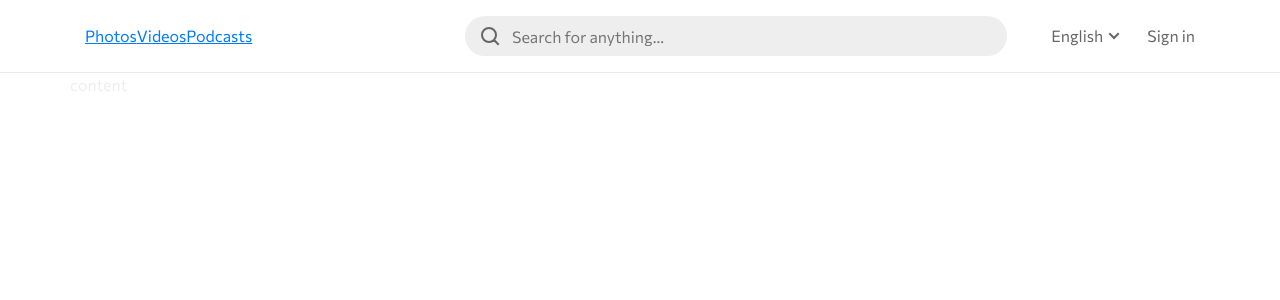
Repository: densavi/djinni
Page: index.html
The author's editor kept a copy of each file at every save. The page is drawn from the files as they stood at one save, then again after the next save.
The browser window is 1280 px wide. The pictures show the whole page.
The style sheet was rebuilt from its Sass, Less or Tailwind sources for each picture, by a compiler version that may differ from the author's.

Above is the page before, as saved 2023-04-10 21:56:09.

### index.html
<!DOCTYPE html>
<html lang="en">
<head>
  <meta charset="UTF-8">
  <meta http-equiv="X-UA-Compatible" content="IE=edge">
  <meta name="viewport" content="width=device-width, initial-scale=1.0">
  <title>Photos</title>
  <link rel="stylesheet" href="https://cdn.jsdelivr.net/npm/bootstrap@4.6.2/dist/css/bootstrap.min.css" integrity="sha384-xOolHFLEh07PJGoPkLv1IbcEPTNtaed2xpHsD9ESMhqIYd0nLMwNLD69Npy4HI+N" crossorigin="anonymous">
  <link rel="stylesheet" href="css/style.css">
</head>
<body>

  <header class="header">
    <div class="container">
      <div class="row d-flex justify-content-between align-items-center">
        <div class="col-4">
          <nav class="header__nav">
            <ul class="nav">
              <li class="nav-item">
                <a class="nav-link active" aria-current="page" href="#">Photos</a>
              </li>
              <li class="nav-item">
                <a class="nav-link" href="#">Videos</a>
              </li>
              <li class="nav-item">
                <a class="nav-link" href="#">Podcasts</a>
              </li>
            </ul>
          </nav>
        </div>
        <div class="col-8 d-flex align-items-center justify-content-end">
          <label for="search" class="header__search">
            <img src="img/search.svg" alt="Search">
            <input type="search" placeholder="Search for anything...">
          </label>
          <div class="dropdown show">
            <a class="header__lang-link" href="#" role="button" id="dropdownMenuLink" data-toggle="dropdown" aria-haspopup="true" aria-expanded="false">
              English
              <svg width="12" height="8" viewBox="0 0 12 8" fill="none" xmlns="http://www.w3.org/2000/svg">
                <path d="M2 2L6 6L10 2" stroke="#666666" stroke-width="2" stroke-linecap="square"/>
              </svg>
            </a>

            <div class="dropdown-menu" aria-labelledby="dropdownMenuLink">
              <a class="dropdown-item" href="#">Action</a>
              <a class="dropdown-item" href="#">Another action</a>
              <a class="dropdown-item" href="#">Something else here</a>
            </div>
          </div>
          <a href="#" class="header__sign-in">Sign in</a>
        </div>
      </div>
    </div>
  </header>


  <div class="wrapper">
    <div class="container">
      <div class="row">
        content
    </div>
  </div>

  <!-- <script src="https://cdn.jsdelivr.net/npm/bootstrap@4.6.2/dist/js/bootstrap.min.js" integrity="sha384-+sLIOodYLS7CIrQpBjl+C7nPvqq+FbNUBDunl/OZv93DB7Ln/533i8e/mZXLi/P+" crossorigin="anonymous"></script> -->
  <script src="https://code.jquery.com/jquery-3.6.4.min.js" integrity="sha256-oP6HI9z1XaZNBrJURtCoUT5SUnxFr8s3BzRl+cbzUq8=" crossorigin="anonymous"></script>
  <script src="https://cdn.jsdelivr.net/npm/bootstrap@4.6.2/dist/js/bootstrap.bundle.min.js" integrity="sha384-Fy6S3B9q64WdZWQUiU+q4/2Lc9npb8tCaSX9FK7E8HnRr0Jz8D6OP9dO5Vg3Q9ct" crossorigin="anonymous"></script>
  <script src="js/main.js"></script>
</body>
</html>

### css/style.scss
@import url('https://fonts.googleapis.com/css2?family=Commissioner:wght@400;700&display=swap');

@import 'vars';
@import 'typo';

@import 'components/header';

### css/_vars.scss
$darkBlack: #292929;
$grey: #666666;
$lightGrey: #EEEEEE;

$orange: #ED7135;

$mainFont: 'Commissioner', sans-serif;

### css/_typo.scss
body {
  font: 16px/24px $mainFont;
  color: $lightGrey;
}

a {
  color: $mainFont;
  text-decoration: underline;
  &:hover {
    text-decoration: none;
  }
}

### css/components/_header.scss
.header {
  border-bottom: 1px solid #EBEBEB;
  padding: 16px 0;
  &__search {
    background: $lightGrey;
    padding: 0 0 0 16px;
    display: flex;
    align-items: center;
    border-radius: 100px;
    margin: 0;
    width: 546px;
    flex: 1;
    img {
      display: flex;
    }
    input[type="search"] {
      height: 40px;
      border: 0;
      background: transparent;
      outline: none;
      width: 100%;
      padding: 0 12px;
    }
  }
  &__sign-in {
    text-decoration: none;
    color: $grey;
    transition: color .3s ease;
    margin-left: 27px;
    &:hover {
      color: $orange;
    }
  }
  &__lang-link {
    color: $grey;
    text-decoration: none;
    transition: color .3s ease;
    svg {
      margin-left: 2px;
      transform: translateY(-2px);
      path {
        transition: transform .3s ease;
      }
    }
    &:hover {
      color: $orange;
      svg {
        path {
          stroke: $orange;
        }
      }
    }
  }
  .dropdown-item {
    text-decoration: none;
  }
  .dropdown {
    margin-left: 44px;
  }
  &__nav {
    .nav-link {
      padding: 0;
      &:not(:last-child) {
        margin-right: 24px;
      }
    }
  }
}

Loaded but not shown: js/main.js (no stored copy; drawn as an empty file)

After the next save:
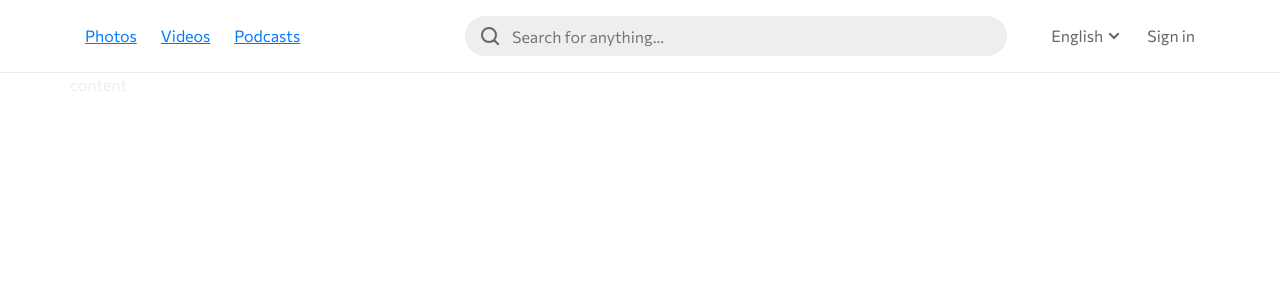
Saved 20 s later.
--- a/css/components/_header.scss
+++ b/css/components/_header.scss
@@ -58,11 +58,14 @@
     margin-left: 44px;
   }
   &__nav {
-    .nav-link {
-      padding: 0;
+    .nav-item {
       &:not(:last-child) {
         margin-right: 24px;
       }
     }
+    .nav-link {
+      padding: 0;
+
+    }
   }
 }
